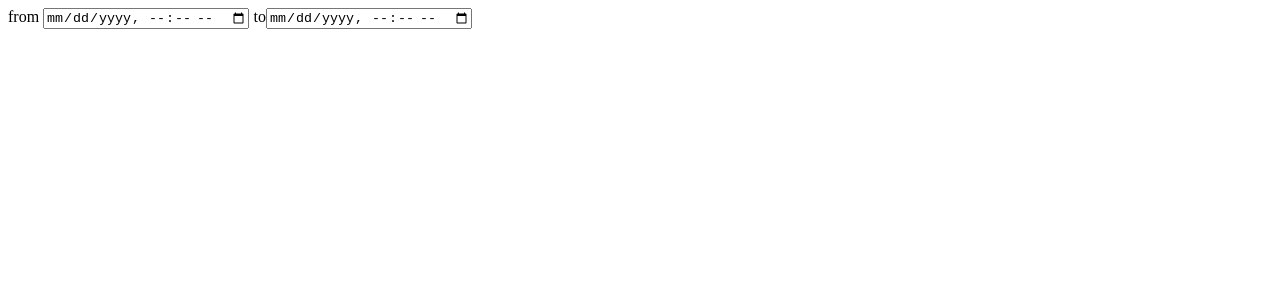
Repository: shiroikumakoori/studentProjecthHibernate
Page: http://localhost/bankApplication/viewTransaction.jsp
The author's editor kept a copy of each file at every save. The page is drawn from the files as they stood at one save, then again after the next save.
The browser window is 1280 px wide. The pictures show the whole page.
The page is served by Tomcat 9. Other server files are loaded and not shown.

Above is the page before, as saved 2022-09-02 07:46:27.

### blankApplication/bankApplication/src/main/webapp/viewTransaction.jsp
<%@ page language="java" contentType="text/html; charset=UTF-8"
    pageEncoding="UTF-8"%>
<!DOCTYPE html>
<html>
<head>
<meta charset="UTF-8">
<title>Insert title here</title>
</head>
<body>
 <label>from</label> <input type="datetime-local" name="from" >
  <label>to</label><input type="datetime-local" name="from" >
</body>
</html>

After the next save:
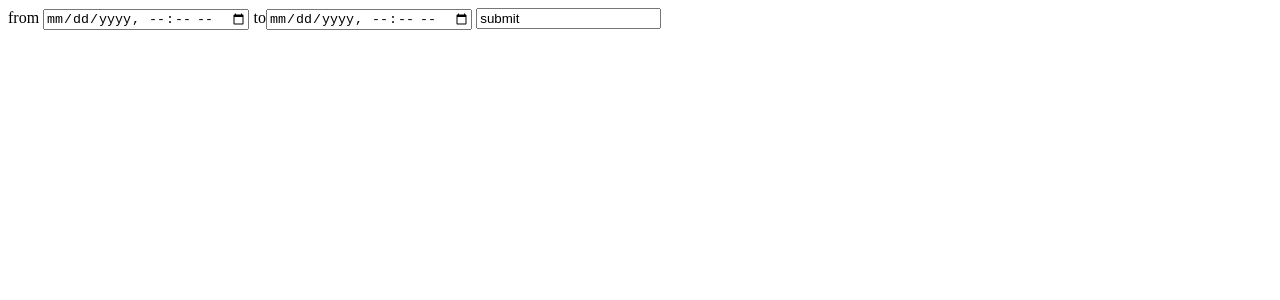
Saved 112 s later.
--- a/blankApplication/bankApplication/src/main/webapp/viewTransaction.jsp
+++ b/blankApplication/bankApplication/src/main/webapp/viewTransaction.jsp
@@ -7,7 +7,10 @@
 <title>Insert title here</title>
 </head>
 <body>
+<form action="/bankApplication/AdminLoginController" >
  <label>from</label> <input type="datetime-local" name="from" >
   <label>to</label><input type="datetime-local" name="from" >
+  <input value="submit">
+  </form>
 </body>
 </html>
